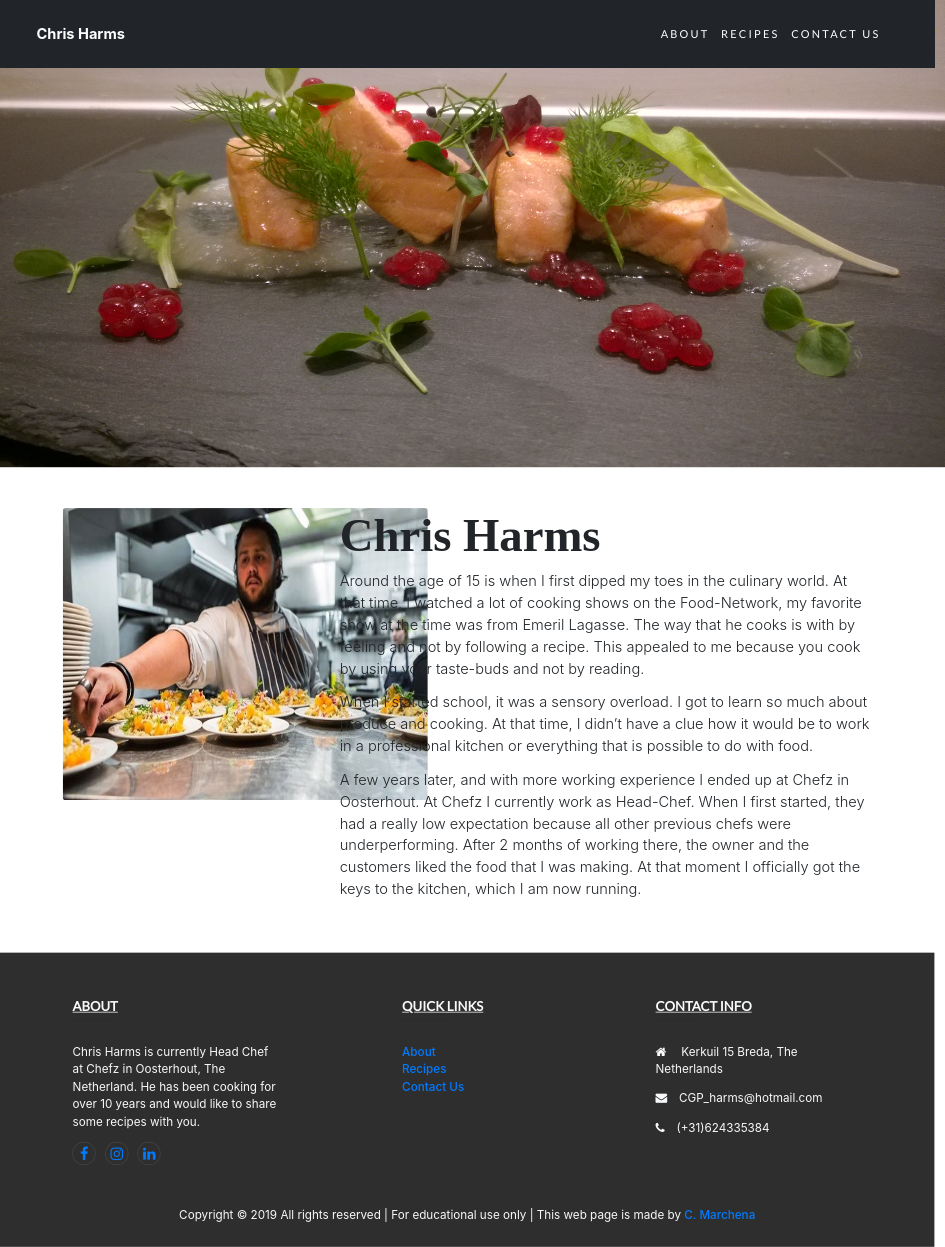
Repository: dugudugu/chris-harms-web
Page: about.html
The author's editor kept a record of every edit. The page is drawn from the files as they stood at one moment, then again after the next edit.
The browser window is 1280 px wide. The page is 1295 px wide, so the pictures cover 1295 px, including what lies to the right of the window. The pictures show the whole page, at 73% of full size.
Some web fonts or font styles are not loaded; a fallback is used.

Above is the page before.

### about.html
<!DOCTYPE html>
<html lang="en">

<head>
  <meta charset="UTF-8">
  <meta name="viewport" content="width=device-width, initial-scale=1.0">
  <meta http-equiv="X-UA-Compatible" content="ie=edge">
  <link href="https://stackpath.bootstrapcdn.com/bootstrap/4.3.1/css/bootstrap.min.css" rel="stylesheet" integrity="sha384-ggOyR0iXCbMQv3Xipma34MD+dH/1fQ784/j6cY/iJTQUOhcWr7x9JvoRxT2MZw1T" crossorigin="anonymous">
  <link href="https://stackpath.bootstrapcdn.com/font-awesome/4.7.0/css/font-awesome.min.css" rel="stylesheet" integrity="sha384-wvfXpqpZZVQGK6TAh5PVlGOfQNHSoD2xbE+QkPxCAFlNEevoEH3Sl0sibVcOQVnN" crossorigin="anonymous">
  <link rel="stylesheet" href="css/about.css">
  <title> Chris Harms | Recipes</title>
</head>


<body>

  <header>

    <!-- Navbar -->
    <!-- Original code from: https://mdbootstrap.com/docs/jquery/navigation/navbar/ -->

    <nav class="navbar fixed-top navbar-expand-lg navbar-dark">
      <a class="navbar-brand" href="index.html"><strong>Chris Harms</strong></a>

      <button class="navbar-toggler" type="button" data-toggle="collapse" data-target="#navbarSupportedContent" aria-controls="navbarSupportedContent" aria-expanded="false" aria-label="Toggle navigation">
            <span class="navbar-toggler-icon"></span>
        </button>

      <div class="collapse navbar-collapse" id="navbarSupportedContent">
        <ul class="navbar-nav ml-auto pl-lg-5 pl-0">
          <li class="nav-item active">
            <a class="nav-link" href="about.html">About</a>
          </li>
          <li class="nav-item">
            <a class="nav-link" href="recipe.html">Recipes</a>
          </li>
          <li class="nav-item">
            <a class="nav-link active" href="contact.html">Contact Us</a>
          </li>
        </ul>
      </div>
    </nav>

    <!-- Image for the Header -->

    <div class="container-fluid p-0 m-0">
      <div class="row">
        <div class="col-12">
          <img class="d-block w-100" src="media/image/slider2.jpg">
        </div>
      </div>
    </div>


  </header>

  <main class="container-fluid">

    <div class="row about p-5 m-2 " id="About ">
      <div class="about-image col-md-4  order-md-1 ">
        <img width="500 " height="400 " class="rounded" src="media/image/about2.jpg" ">
      </div>
      <div class="about col-md-8 order-md-2 ">
        <h4 class="about-heading ">Chris Harms</h4>
        <p class="lead ">
         Around the age of 15 is when I first dipped my toes in the culinary world. At that time, I watched a lot of cooking shows on the Food-Network, my favorite show at the time was from Emeril Lagasse.
         The way that he cooks is with by feeling and not by following a recipe.
         This appealed to me because you cook by using your taste-buds and not by reading.
         </p>
         <p class="lead ">
         When I started school, it was a sensory overload. I got to learn so much about produce and cooking.
         At that time, I didn’t have a clue how it would be to work in a professional kitchen or everything that is possible to do with food.
         </p>
         <p class="lead ">
          A few years later, and with more working experience I ended up at Chefz in Oosterhout. At Chefz I currently work as Head-Chef. When I first started, they had a really low expectation because all other previous chefs were underperforming.
          After 2 months of working there, the owner and the customers liked the food that I was making. At that moment I officially got the keys to the kitchen, which I am now running.
         </p>
      </div>
    </div>



  </main>





  <!-- Optional JavaScript -->
  <!-- jQuery first, then Popper.js, then Bootstrap JS -->
  <script src="https://code.jquery.com/jquery-3.3.1.slim.min.js " integrity="sha384-q8i/X+965DzO0rT7abK41JStQIAqVgRVzpbzo5smXKp4YfRvH+8abtTE1Pi6jizo " crossorigin="anonymous "></script>
  <script src="https://cdnjs.cloudflare.com/ajax/libs/popper.js/1.14.7/umd/popper.min.js " integrity="sha384-UO2eT0CpHqdSJQ6hJty5KVphtPhzWj9WO1clHTMGa3JDZwrnQq4sF86dIHNDz0W1 " crossorigin="anonymous "></script>
  <script src="https://stackpath.bootstrapcdn.com/bootstrap/4.3.1/js/bootstrap.min.js " integrity="sha384-JjSmVgyd0p3pXB1rRibZUAYoIIy6OrQ6VrjIEaFf/nJGzIxFDsf4x0xIM+B07jRM " crossorigin="anonymous "></script>

</body>


<!-- Footer -->

<footer class="page-footer font-small unique-color-dark ">
  <div class="container-fluid text-center text-md-left mt-5 ">
    <div class="row mt-3 ">

      <!--            About and Social Media links          -->

      <!--            About           -->
      <div class="col-md-3 col-lg-4 col-xl-3 mx-auto mb-4 ">
        <h6 class="text-uppercase font-weight-bold ">About</h6>
        <hr class="blue-accent mb-4 mt-0 d-inline-block mx-auto " style="width: 60px; ">
        <p>Chris Harms is currently Head Chef at Chefz in Oosterhout, The Netherland. He has been cooking for over 10 years and would like to share some recipes with you.</p>

        <!--            Social Media links          -->
        <ul class="list-inline social-links ">
          <li class="list-inline-item ">
            <a href="https://www.facebook.com/Fritos-catering-204930356197964/ " target="_blank ">
                        <i class="fa fa-facebook "></i>
                        <span class="sr-only ">Facebook</span>
                    </a>
          </li>
          <li class="list-inline-item ">
            <a href="https://www.instagram.com/whiskeycave/ " target="_blank ">
                        <i class="fa fa-instagram "></i>
                        <span class="sr-only ">Instagram</span>
                    </a>
          </li>
          <li class="list-inline-item ">
            <a href="https://www.linkedin.com/in/chris-harms-b99322104/ " target="_blank ">
                        <i class="fa fa-linkedin "></i>
                        <span class="sr-only ">LinkedIn</span>
                    </a>
          </li>
        </ul>
      </div>

      <!--            Quick Links          -->
      <div class="col-md-3 col-lg-2 col-xl-2 mx-auto mb-4 ">
        <h6 class="text-uppercase font-weight-bold ">Quick Links</h6>
        <hr class="blue-accent accent-2 mb-4 mt-0 d-inline-block mx-auto " style="width: 60px; ">
        <ul class="quick-links list-unstyled ">
          <li>
            <a href="about.html ">About</a>
          </li>
          <li>
            <a href="recipe.html ">Recipes</a>
          </li>
          <li>
            <a href="contact.html ">Contact Us</a>
          </li>
        </ul>
      </div>


      <!--            Contact Info          -->
      <div class="col-md-4 col-lg-3 col-xl-3 mx-auto mb-md-0 mb-4 ">
        <h6 class="text-uppercase font-weight-bold ">Contact Info</h6>
        <hr class="blue-accent accent-2 mb-4 mt-0 d-inline-block mx-auto " style="width: 60px; ">
        <p>
          <i class="fa fa-home mr-3 "></i> Kerkuil 15 Breda, The Netherlands</p>
        <p>
          <i class="fa fa-envelope mr-3 "></i>CGP_harms@hotmail.com</p>
        <p>
          <i class="fa fa-phone mr-3 "></i>(+31)624335384</p>
      </div>
    </div>
  </div>


  <!--            Copy-Rights          -->
  <div class="footer-copyright text-center py-3 ">
    <p>Copyright &copy; 2019 All rights reserved | For educational use only | This web page is made by
      <a target=_blank href="https://www.linkedin.com/in/cindymarchena/ ">C. Marchena</a>
    </p>
  </div>


</footer>




</html>

### css/about.css
@import url('https://fonts.googleapis.com/css?family=Grand+Hotel|Lato:|Nunito+Sans:100,200,300,400,500,600,700');

html {
    font-family: 'Nunito Sans', sans-serif;
    font-size: 1rem;

}


/* ----------------------------------------------------    Special ------------*/

.text-uppercase {
    text-transform: uppercase!important;
    font-family: 'Lato', sans-serif;
    text-decoration: underline;
}



h4 {
    font-family: 'Grand Hotel', cursive;
    font-weight: bold;
    font-size: 4rem;

}

/* ----------------------------------------------------    Navbar ------------*/

.navbar {
    background-color: #212529;
    padding-left: 50px;
}

.navbar-collapse {
    padding-right: 50px;
    -ms-flex-preferred-size: 100%;
    flex-basis: 100%;
    -ms-flex-positive: 1;
    -ms-flex-align: center;
    align-items: center;
}


.navbar .nav-link {
    font-family: 'Lato', sans-serif;
    padding: 1.7rem 1rem;
    outline: none !important;
    font-size: 15px;
    text-transform: uppercase;
    letter-spacing: .2em;
    color: white !important;

}

.w-100 {
    width: 100%!important;
    height: 40em;
}

.col-12 {
    -ms-flex: 0 0 100%;
    flex: 0 0 100%;
    max-width: 100%;
    padding: initial;
}

/* ----------------------------------------------------    Main ------------*/







/* ----------------------------------------------------    Footer ------------*/

.page-footer {
    width: 100%;
    padding-right: 15px;
    padding-left: 15px;
    padding-top: 15px;
    margin-right: auto;
    margin-left: auto;
    color: #f8f9fa !important;
    background-color: #2e2e2e !important;
}

.font-weight-bold {
    font-weight: 700!important;
    font-size: 18px;
}

.social-links li a i {
    width: 32px;
    height: 32px;
    padding: 12px 0;
    border-radius: 50%;
    font-size: 20px;
    line-height: 7px;
    text-align: center;
    color: #007bff;
    background-color: #2E2E2E;
    border: 1px solid rgba(255, 255, 255, 0.1);
    transition: all .35s ease-in-out;
    -moz-transition: all .35s ease-in-out;
    -webkit-transition: all .35s ease-in-out;
    -o-transition: all .35s ease-in-out;
}

.social-links li a i:hover {
    background-color: #fafafa;
    color: #000000;
}

.quick-links li a {
    font-weight: 500;
    color: #007bff;
    padding-bottom: 20px;
    transition: all .35s ease-in-out;
    -moz-transition: all .35s ease-in-out;
    -webkit-transition: all .35s ease-in-out;
    -o-transition: all .35s ease-in-out;
}

.quick-links li a:hover {
    color: #fafafa;
}

.footer-copyright p a {
    font-weight: 500;
    color: #007bff;
    padding-bottom: 20px;
    transition: all .35s ease-in-out;
    -moz-transition: all .35s ease-in-out;
    -webkit-transition: all .35s ease-in-out;
    -o-transition: all .35s ease-in-out;
}

.footer-copyright p a:hover {
    color: #fafafa;
}


/* ----------------------------------------------------    Media Q ------------*/

@media only screen and (max-width: 767px) {
    .w-100 {
        width: 100%!important;
        height: 25em;
    }
}



@media (min-width: 768px) and (max-width: 1024px) {
    h4 {
        text-align: center;
    }

    .lead {
        text-align: center;
    }

    .col-md-8 {
        flex: none!important;
        max-width: fit-content;
    }





}

After the next edit:
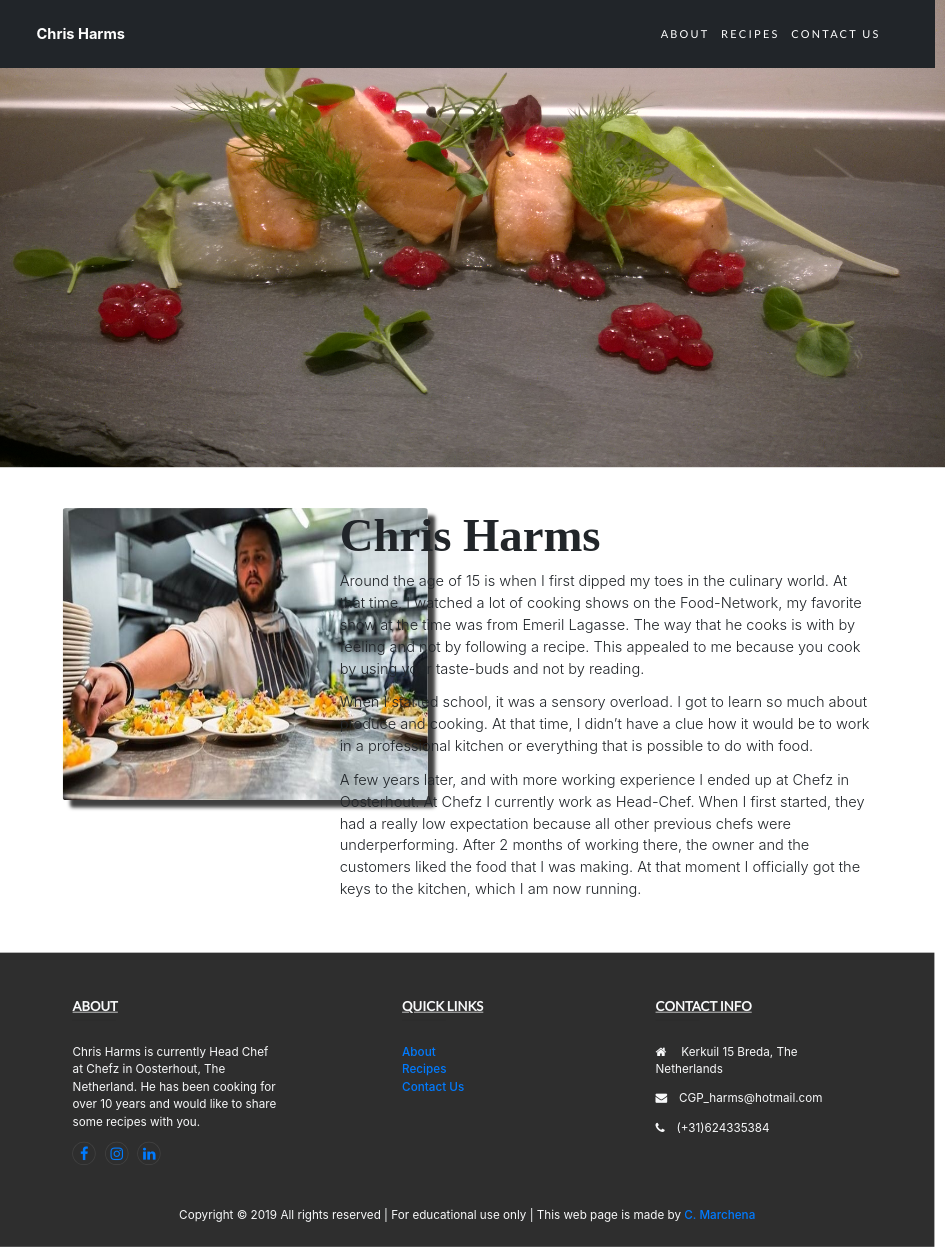
The edit:
--- a/css/about.css
+++ b/css/about.css
@@ -23,6 +23,21 @@
     font-size: 4rem;
 
 }
+
+
+
+
+.rounded {
+    /* border-radius: .25rem!important; */
+    border-radius: 44px 44px 44px 44px;
+    -moz-border-radius: 44px 44px 44px 44px;
+    -webkit-border-radius: 44px 44px 44px 44px;
+    /* border: 0px solid #000000; */
+    box-shadow: 10px 10px 5px 0px rgba(0,0,0,0.75);
+}
+
+
+
 
 /* ----------------------------------------------------    Navbar ------------*/
 
